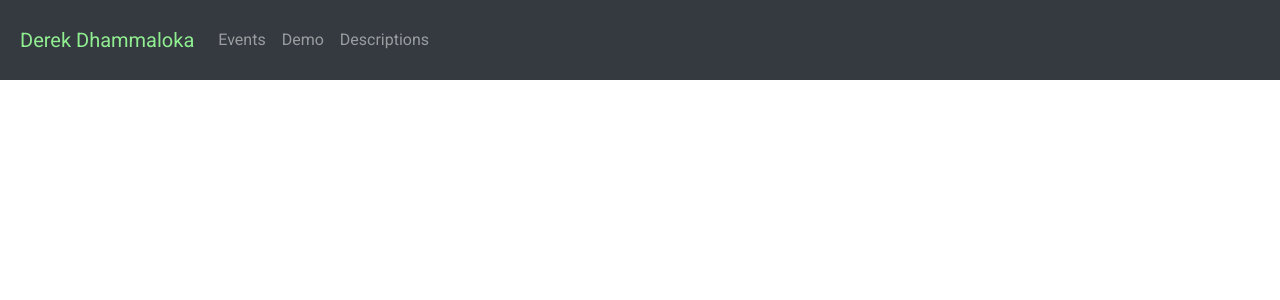
Repository: derektypist/product-landing-page
Page: index.html
The author's editor kept a record of every edit. The page is drawn from the files as they stood at one moment, then again after the next edit.
The browser window is 1280 px wide. The pictures show the whole page.

Above is the page before.

### index.html
<!DOCTYPE html>
<html lang="en">

<head>
    <meta charset="UTF-8">
    <meta name="viewport" content="width=device-width, initial-scale=1.0">
    <meta http-equiv="X-UA-Compatible" content="ie=edge">
    <title>Product Landing Page</title>
    <!-- Load Style Sheets -->
    <link rel="stylesheet" href="https://maxcdn.bootstrapcdn.com/bootstrap/4.4.1/css/bootstrap.min.css" integrity="sha384-Vkoo8x4CGsO3+Hhxv8T/Q5PaXtkKtu6ug5TOeNV6gBiFeWPGFN9MuhOf23Q9Ifjh" crossorigin="anonymous">
    <link rel="stylesheet" href="https://maxcdn.bootstrapcdn.com/font-awesome/4.7.0/css/font-awesome.min.css" type="text/css" />
    <link href="https://fonts.googleapis.com/css?family=Roboto&display=swap" rel="stylesheet">
    <style>
        /* Header and Navigation */

        #header {
            font-family: "Roboto", Arial, Verdana, sans-serif;
        }

        #header-img {
            color: lightgreen;
        }

        #nav-bar {
            padding: 20px;
        }
    </style>
</head>

<body>
    <!-- Set Up Header -->
    <header id="header">
        <!-- Set Up Navigation -->
        <nav class="navbar navbar-expand navbar-dark bg-dark fixed-top" id="nav-bar">
            <a class="navbar-brand mb-0 h1" href="index.html" id="header-img">Derek Dhammaloka</a>
            </a>
            <button class="navbar-toggler" type="button" data-toggle="collapse" data-target="navbarSupportedContent" aria-controls="navbarSupportedContent" aria-expanded="false" aria-label="Toggle navigation">
    <span class="navbar-toggler-icon"></span>
  </button>
            <div class="collapse navbar-collapse" id="navbarSupportedContent">
                <ul class="navbar-nav mr-auto">
                    <li class="nav-item">
                        <a class="nav-link" href="#">Events</a>
                    </li>
                    <li class="nav-item">
                        <a class="nav-link" href="#">Demo</a>
                    </li>
                    <li class="nav-item">
                        <a class="nav-link" href="#">Descriptions</a>
                    </li>
                </ul>
        </nav>
    </header>
</body>

</html>

After the next edit:
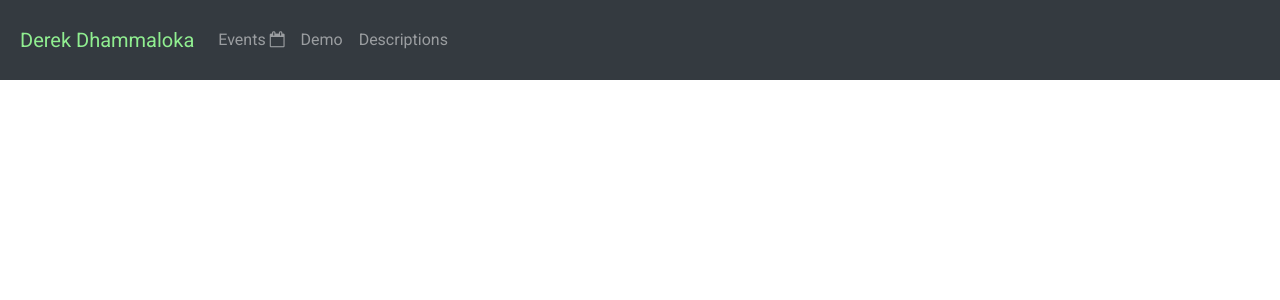
The edit:
--- a/index.html
+++ b/index.html
@@ -40,7 +40,7 @@
             <div class="collapse navbar-collapse" id="navbarSupportedContent">
                 <ul class="navbar-nav mr-auto">
                     <li class="nav-item">
-                        <a class="nav-link" href="#">Events</a>
+                        <a class="nav-link" href="#">Events <i class="fa fa-calendar-o" aria-hidden="true"></i></a>
                     </li>
                     <li class="nav-item">
                         <a class="nav-link" href="#">Demo</a>
